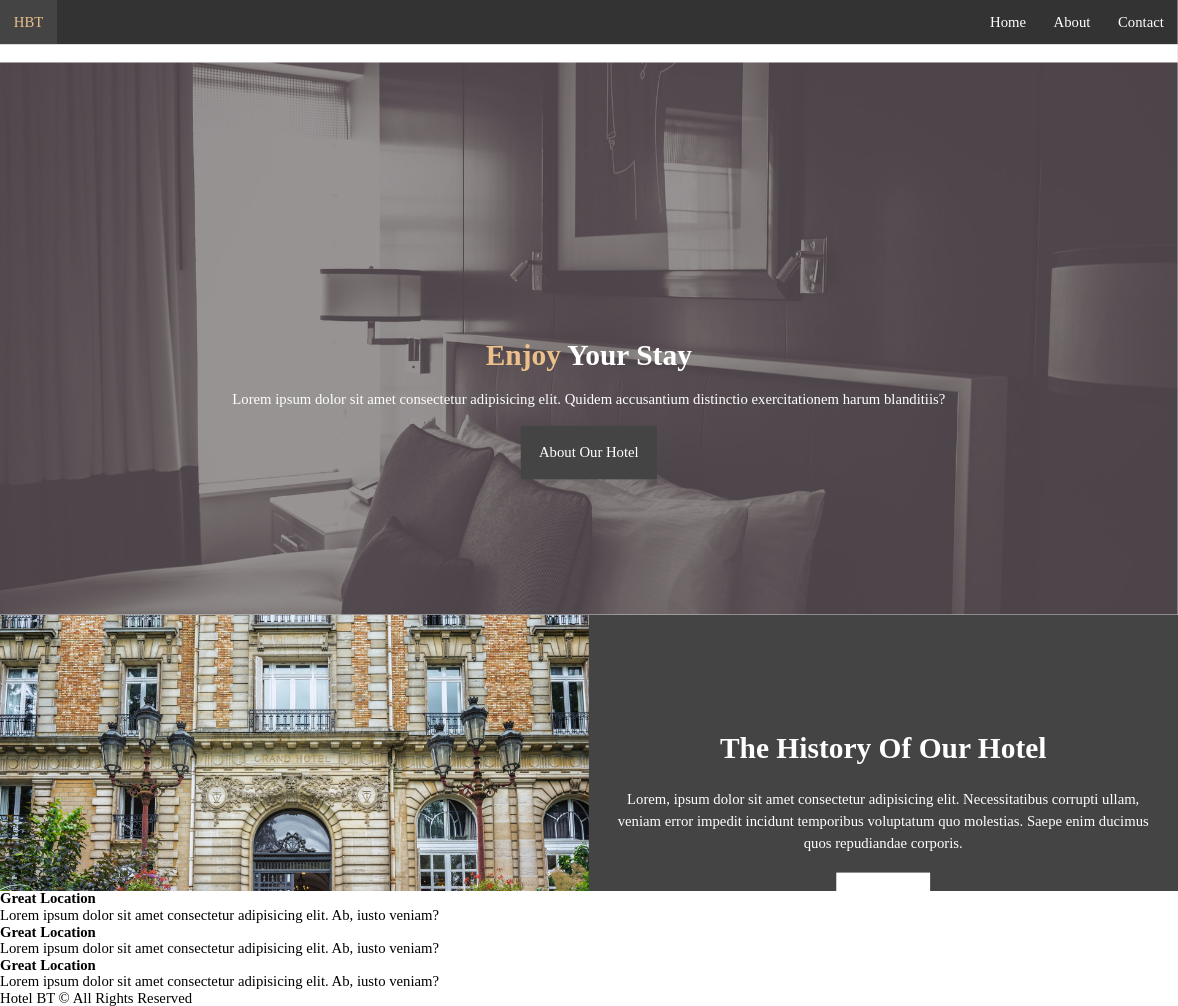
Repository: reemoon-ctrl/hotel-website
Page: 35 - hotel-website/index.html
These files come from the project's save history. The page is drawn as it stood at one moment and after the next save; the edit follows.
The browser window is 1280 px wide. The pictures show the whole page, at 92% of full size.

Above is the page before, as saved 2024-07-21 12:37:13.

After the next save:
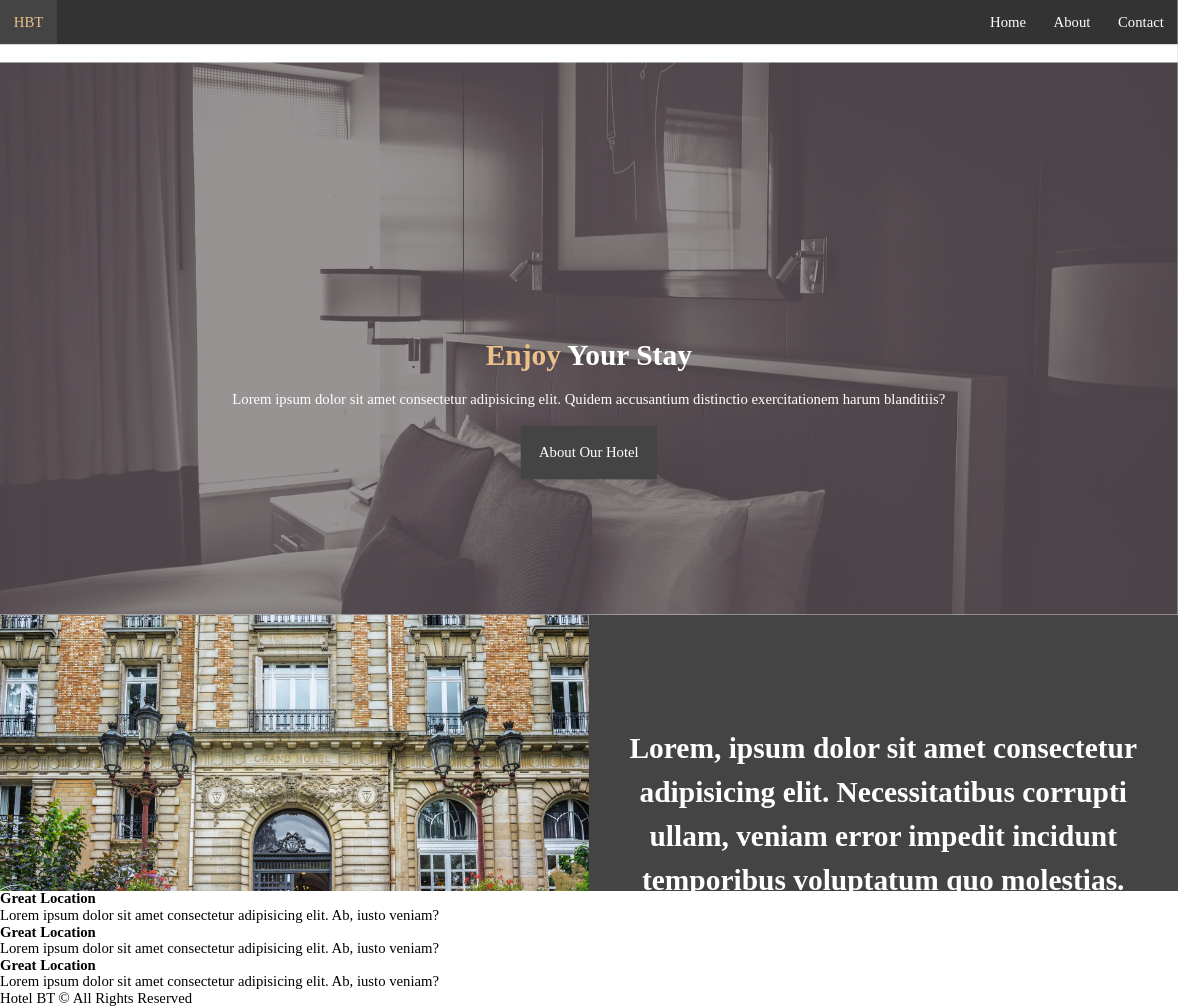
Saved 35 s later.
--- a/35 - hotel-website/index.html
+++ b/35 - hotel-website/index.html
@@ -32,7 +32,7 @@
     <main class="main-content">
         <img class="hotelimg"src="img\photo-1.jpg" alt="hotel-img">
         <div class="hotel-disc">
-            <h3>The History Of Our Hotel</h3>
+            <h3><span The History Of Our Hotel</h3>
             <p>Lorem, ipsum dolor sit amet consectetur adipisicing elit. Necessitatibus corrupti ullam, veniam error impedit incidunt temporibus voluptatum quo molestias. Saepe enim ducimus quos repudiandae corporis.</p>
             <a href="">Read More</a>
         </div>
